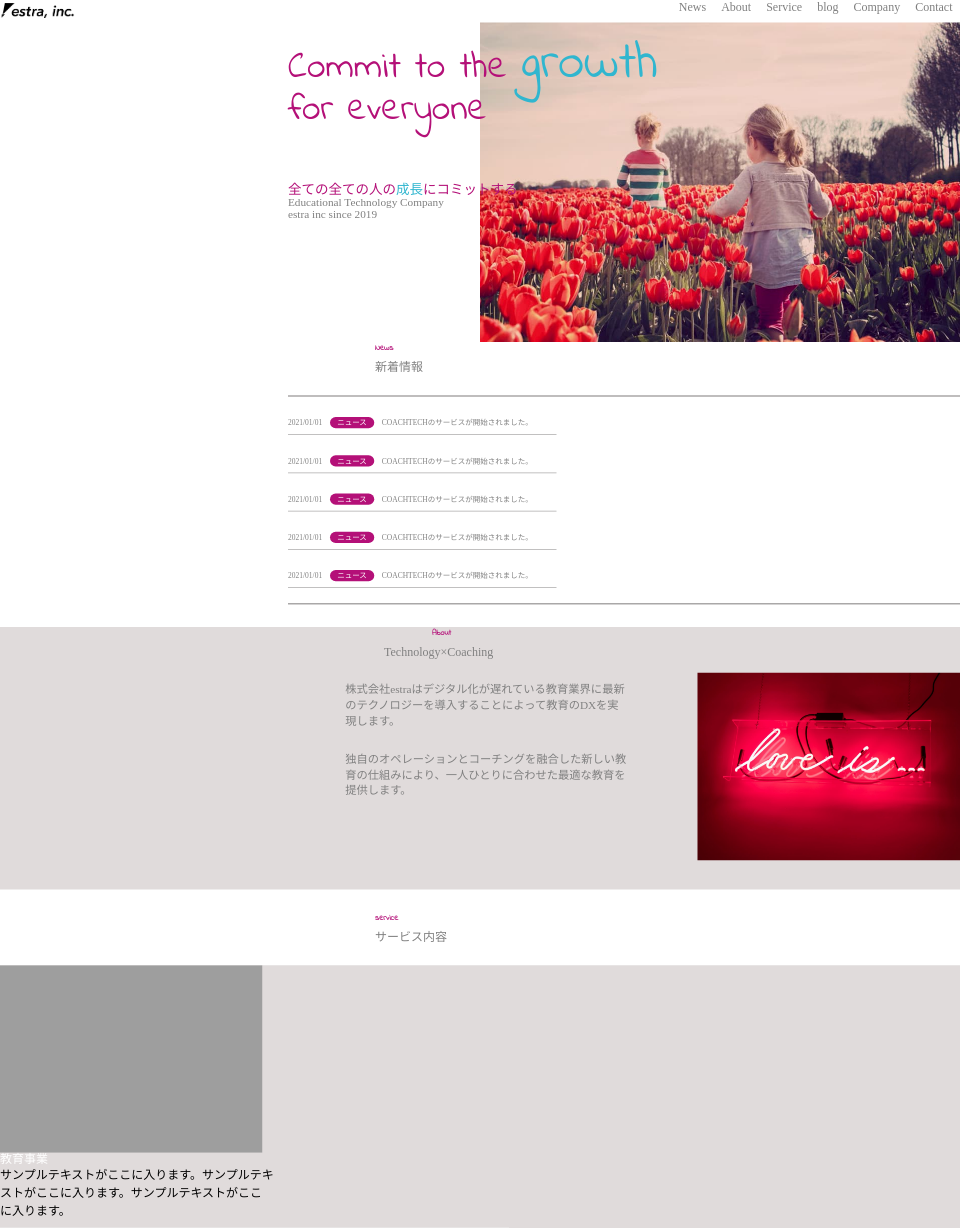
Repository: sigemasaasuka/20210902
Page: index.html
An editor plug-in stored every save of this project. The page is shown before and after the next save, followed by the edit.
The browser window is 1280 px wide. The pictures show the whole page, at 75% of full size.
Pictures or frames that could not be fetched are drawn as grey boxes.

Above is the page before, as saved 2021-09-25 20:49:25.

### index.html
<!DOCTYPE html>
<html lang="ja">

<head>
  <meta charset="UTF-8">
  <meta name="viewport" content="width=device-width, initial-scale=1.0">
  <title>Document</title>
  <link rel="stylesheet" href="css/style.css">
  <link rel="stylesheet" href="css/reset.css">
  <link rel="preconnect" href="https://fonts.googleapis.com">
  <link rel="preconnect" href="https://fonts.gstatic.com" crossorigin>
  <link href="https://fonts.googleapis.com/css2?family=Indie+Flower&display=swap" rel="stylesheet">
</head>

<body>
  <div class="flex">
    <div class="logo">
      <img src="img/img/estra_logo.png" alt="estra_logo" width="100px" height="30px">
    </div>
    <div class="parent">
      <div class="child">News</div>
      <div class="child">About</div>
      <div class="child">Service</div>
      <div class="child">blog</div>
      <div class="child">Company</div>
      <div class="child">Contact</div>

    </div>
  </div>
  <div class="relative">
    <img class="relative__img" src="img/img/firstview.jpg" alt="firstview">
    <div class="example">
      <h1>Commit to the <span class="document"> growth</span> <br>for everyone</h1>
    </div>
    <div class="second">
      <h3>全ての全ての人の<span class="second-txt">成長</span>にコミットする</h3>
      <p class="subtitle">Educational Technology Company<br>estra inc since 2019</p>
    </div>
  </div>
  <div class="smlltitle">
    <h6>News</h6>
  </div>
  <div class="list">
    <h3>新着情報</h3>
  </div>
  <div class="local">
    <div class="info">
      <p>
        2021/01/01　<a class="practice__btn">ニュース</a>　COACHTECHのサービスが開始されました。
      </p>
    </div>
    <div class="info">
      <p>
        2021/01/01　<a class="practice__btn">ニュース</a>　COACHTECHのサービスが開始されました。
      </p>
    </div>
    <div class="info">
      <p>
        2021/01/01　<a class="practice__btn">ニュース</a>　COACHTECHのサービスが開始されました。
      </p>
    </div>
    <div class="info">
      <p>
        2021/01/01　<a class="practice__btn">ニュース</a>　COACHTECHのサービスが開始されました。
      </p>
    </div>
    <div class="info">
      <p>
        2021/01/01　<a class="practice__btn">ニュース</a>　COACHTECHのサービスが開始されました。
      </p>
    </div>
  </div>
  <div class="colored">
    <div class="smlltitle-2">
      <h6>About</h6>
    </div>
    <div class="list-2">
      <h3>Technology×Coaching</h3>
    </div>
    <div class="flex">
    <div class="info-txt">
      <div class="relate">
        株式会社estraはデジタル化が遅れている教育業界に最新のテクノロジーを導入することによって教育のDXを実現します。
      </div>
      <div class="relate-txt">
        独自のオペレーションとコーチングを融合した新しい教育の仕組みにより、一人ひとりに合わせた最適な教育を提供します。
      </div>

    </div>
      <div class="about">
        <img class="picture__img" src="img/img/about.jpg" alt="about">
      </div>
  </div>
  </div>

  <div class="service">
  <div class="smlltitle-3">
    <h6>service</h6>
  </div>
  <div class="list-3">
    <h3>サービス内容</h3>
  </div>
  <div class="colored">
  <div class="photo">
    <img class="service__img" src="img/img/service__fitst.svg" alt="service">
  </div>
  <div class="title">
    <h3>教育事業</h3>
   </div>
  <div class="explain">
    サンプルテキストがここに入ります。サンプルテキ<br>ストがここに入ります。サンプルテキストがここ<br>に入ります。
  </div>
</div>
</div>


</body>

</html>

### css/style.css
.img {
  text-align: left;
}

.parent {
  display: flex;
  justify-content: space-between;
  color: gray;
}

.child {
  margin: 0 10px;
  font-weight: lighter;
}

.logo {
  width: 100px;
}
.flex {
  display: flex;
  justify-content: space-between;
  height: 30px;
}

.relative {
  position: relative;
}

.relative__img {
  margin: 0 0 0 auto;
  display: block;
  width: 50%;
}

.example {
  position: absolute;
  top: 5%;
  left: 30%;
  font-size: 50px;
  color: #b41078;
  font-family: "Indie Flower", cursive;
}

.document {
  top: 5%;
  left: 30%;
  font-size: 70px;
  color: #30b6cf;
  font-family: "Indie Flower", cursive;
}

.second {
  position: absolute;
  top: 50%;
  left: 30%;
  font-size: 18px;
  color: #b41078;
}

.second-txt {
  top: 50%;
  left: 30%;
  font-size: 18px;
  color: #30b6cf;
}

.subtitle {
  margin: 0;
  font-size: 15px;
  color: gray;
  font-weight: lighter;
}

.smlltitle {
  color: #b41078;
  font-family: "Indie Flower", cursive;
  margin-left: 500px;
}

.list {
  color: gray;
  margin-left: 500px;
  margin-top: 10px;
}

.local {
  margin-top: 30px;
  margin-left: 30%;
  margin-right: 30px;
  border-color: rgb(170, 168, 168);
  border-top: solid 2px rgb(170, 168, 168);
  border-bottom: solid 2px rgb(170, 168, 168);
  width: 70%;
}

.info {
  margin-bottom: 20px;
  border-width: 0 0 1px 0;
  border-style: solid;
  line-height: 30px;
  border-color: rgb(173, 171, 171);
  margin-top: 20px;
  padding-left: 0;
  font-size: 10px;
  color: gray;
  width: 40%;
}

.practice__btn {
  width: 100px;
  padding: 2px 10px;
  color: #fff;
  border-radius: 30px;
  background-color: #b41078;
  text-align: center;
  margin: 0 auto 0;
}

.colored {
  height: 350px;
  background-color: rgb(224, 219, 219);
  margin-top: 30px;
}
.smlltitle-2 {
  color: #b41078;
  font-family: "Indie Flower", cursive;
  margin-left: 45%;
}

.list-2 {
  color: gray;
  margin-left: 40%;
  margin-top: 10px;
}

.relate {
  color: gray;
  font-size: 15px;
  margin-left: 55%;
  margin-top: 30px;
}

.relate-txt {
  color: gray;
  font-size: 15px;
  margin-left: 55%;
  margin-top: 30px;
}

.picture__img {
  margin-top: 20px;
  width: 350px;
  height: 250px;
}

.smlltitle-3 {
  color: #b41078;
  font-family: "Indie Flower", cursive;
  margin-left: 500px;
  margin-top: 30px;
}

.list-3 {
  color: gray;
  margin-left: 500px;
  margin-top: 10px;
}

.service__img {
  width: 350px;
  height: 250px;
}

.title {
  color: #fff;
}

.photo {
  font-size: 15px;
  color: #fff;
}

### css/reset.css
@charset "UTF-8";
html,
body,
div,
span,
applet,
object,
iframe,
h1,
h2,
h3,
h4,
h5,
h6,
p,
blockquote,
pre,
a,
abbr,
acronym,
address,
big,
cite,
code,
del,
dfn,
em,
img,
ins,
kbd,
q,
s,
samp,
small,
strike,
strong,
sub,
sup,
tt,
var,
b,
u,
i,
center,
dl,
dt,
dd,
ol,
ul,
li,
fieldset,
form,
label,
legend,
table,
caption,
tbody,
tfoot,
thead,
tr,
th,
td,
article,
aside,
canvas,
details,
embed,
figure,
figcaption,
footer,
header,
hgroup,
menu,
nav,
output,
ruby,
section,
summary,
time,
mark,
audio,
video {
  margin: 0;
  padding: 0;
  border: none;
  font-style: normal;
  text-align: left;
  zoom: 1;
}
article,
aside,
details,
figcaption,
figure,
footer,
header,
hgroup,
menu,
nav,
section {
  display: block;
}
table {
  border-collapse: collapse;
  font-family: inherit;
}
h1,
h2,
h3,
h4,
h5 {
  font-size: 100%;
  font-weight: normal;
  line-height: 1;
}
input,
textarea,
select {
  font-family: inherit;
  font-size: 16px;
}
input[type="button"],
input[type="text"],
input[type="submit"] {
  -webkit-appearance: none;
  border-radius: 0;
}
textarea {
  resize: none;
  -webkit-appearance: none;
  border-radius: 0;
}
th,
td {
  border-collapse: collapse;
}
table th,
table td {
  white-space: nowrap;
}
ul,
ol {
  list-style-type: none;
}
img {
  vertical-align: text-bottom;
  vertical-align: -webkit-baseline-middle;
  max-width: 100%;
  height: auto;
  width/***/: auto;
}

After the next save:
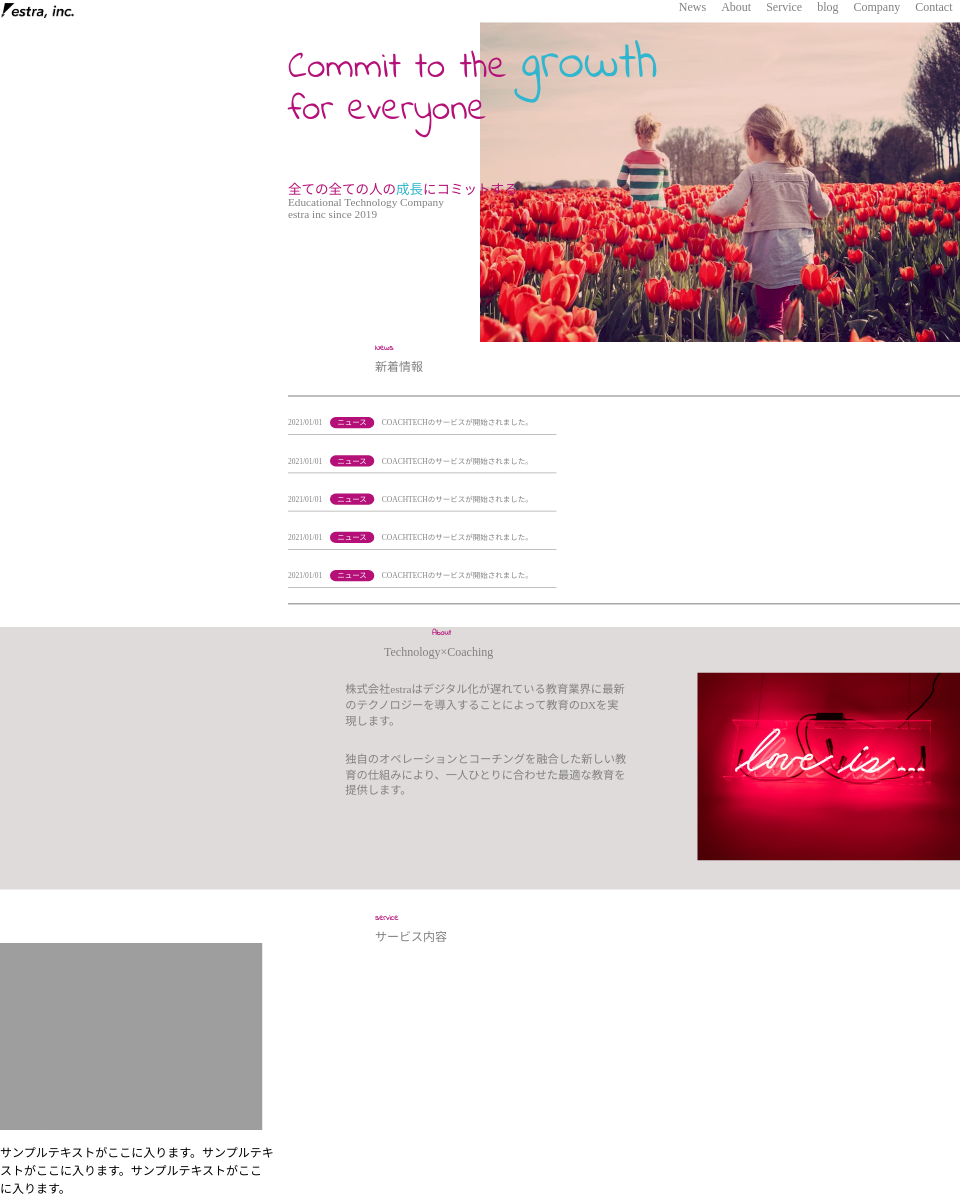
Saved 20 s later.
--- a/index.html
+++ b/index.html
@@ -100,7 +100,7 @@
   <div class="list-3">
     <h3>サービス内容</h3>
   </div>
-  <div class="colored">
+  <div class="colored2">
   <div class="photo">
     <img class="service__img" src="img/img/service__fitst.svg" alt="service">
   </div>
